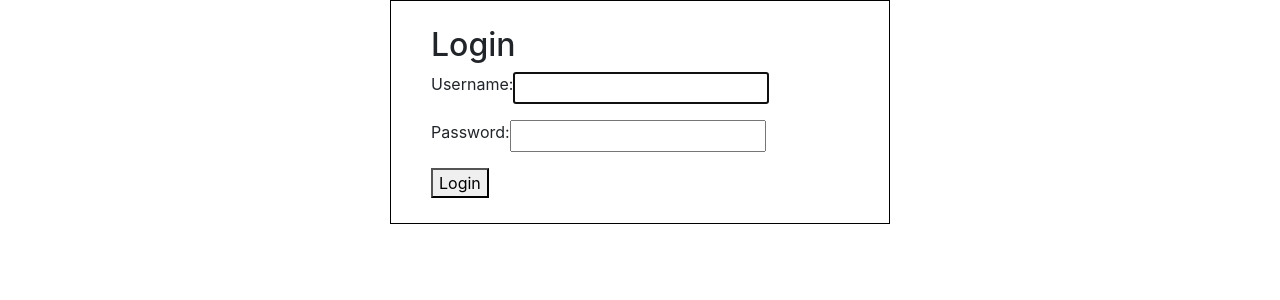
Repository: ewanlockwood/ewanlockwood
Page: http://localhost/accounts/login/
The author's editor kept a record of every edit. The page is drawn from the files as they stood at one moment, then again after the next edit.
The browser window is 1280 px wide. The pictures show the whole page.
Some web fonts or font styles are not loaded; a fallback is used. The page is served by the project's application, run on Django 2.2 (manage.py). Other server files are loaded and not shown.

Above is the page before.

### templates/registration/login.html
<!DOCTYPE html>
<html lang="en">

<head>
  <meta charset="UTF-8">
  <meta name="viewport" content="width=device-width, initial-scale=1.0">
  <meta http-equiv="X-UA-Compatible" content="ie=edge">
  <title>Document</title>
  {% load static %}

  <link rel="stylesheet" href="{% static 'css/main.css' %}" type='text/css' />
  <link rel="stylesheet" href="https://stackpath.bootstrapcdn.com/bootstrap/4.3.1/css/bootstrap.min.css" integrity="sha384-ggOyR0iXCbMQv3Xipma34MD+dH/1fQ784/j6cY/iJTQUOhcWr7x9JvoRxT2MZw1T" crossorigin="anonymous">
</head>

<body>
  <!-- Login Row Start -->
  <div class="container-fluid" id='login-container'>
    <div class="row" id='login-row'>
      <div class="col-12">
      {% if 'login' %}
      <h2>Login</h2>
      <form method="post">
        {% csrf_token %} {{ form.as_p }}
        <button type="submit">Login</button>
      </form>
      {% else %} {% endif %}
    </div>
    </div>
  </div>


</body>
</html>

### mysite/urls.py
"""mysite URL Configuration

The `urlpatterns` list routes URLs to views. For more information please see:
    https://docs.djangoproject.com/en/2.2/topics/http/urls/
Examples:
Function views
    1. Add an import:  from my_app import views
    2. Add a URL to urlpatterns:  path('', views.home, name='home')
Class-based views
    1. Add an import:  from other_app.views import Home
    2. Add a URL to urlpatterns:  path('', Home.as_view(), name='home')
Including another URLconf
    1. Import the include() function: from django.urls import include, path
    2. Add a URL to urlpatterns:  path('blog/', include('blog.urls'))
"""
from django.contrib import admin
from django.urls import path, include

from store import views as v

urlpatterns = [
    path('', v.index),
    path('base', v.base),
    path('admin/', admin.site.urls),
    path('accounts/', include('django.contrib.auth.urls'))
]

### store/static/css/main.css
@import url("https://fonts.googleapis.com/css?family=Josefin+Sans:100,100i,300,300i,400,400i,600,600i,700,700i&display=swap");
@import url('https://fonts.googleapis.com/css?family=EB+Garamond&display=swap');
@import url('https://fonts.googleapis.com/css?family=Grenze&display=swap');

html {
    scroll-behavior: smooth;
}
body {
    font-family: 'Josefin Sans', sans-serif;
    overflow-x: hidden;
}

/* NAVIGATION BAR START */

#navigation-bar {
    padding: 0 15px;
    transition: margin-left 0.7s;
    overflow: hidden;
    width: 100%;
}
#navigation-bar #nav-icon a {
    font-size: 30px;
    color: #fff;
    position: fixed;
    top: 5px;
}
#navigation-bar #menu #auth-menu {
    height: 100px;
    padding: 0 100px;
}
#navigation-bar #menu #auth-menu {
    font-size: 21px;
    position: absolute;
    top: 20px;
    text-align: center;
    width: 100%;
    padding: 0;
    left: 20px;
}
#navigation-bar #menu #auth-menu p a {
    font-size: 21px;
}
#navigation-bar #menu {
    height: 100vh;
    width: 0px;
    position: fixed;
    z-index: 1;
    top: 0;
    left: 0;
    background-color: #fff;
    overflow-x: hidden;
    padding: 60px 0 0 0;
    transition: 0.7s;
}
#navigation-bar #menu .close {
    position: absolute;
    top: 8px;
    right: 22px;
    margin-left: 50px;
    font-size: 30;
    color: #000;
}
#navigation-bar #menu .row {
    padding: 200px 0px;
}
#navigation-bar #menu .row a, #navigation-bar #menu .row button {
    height: 74px;
    text-align: center;
    font-size: 45px;
    color: black;
    text-transform: uppercase;
}

/* NAVIGATION BAR END */

/* PAGE ONE START */

#page-one-container {
    background: url("../images/orange_sky.jpeg") no-repeat center;
    height: 100vh;
    width: 100vw;
}
#page-one-container #self-statement {
    color: white;
    position: absolute;
    bottom: 0;
    font-family: 'Josefin Sans', serif;
    font-size: 35px;
    width: 45vw;
    letter-spacing: 2px;
    text-transform: uppercase;
    line-height: 65px;
}
#page-one-container #self-statement p span {
    font-family: 'Grenze', serif;
    font-size: 40px;
    padding: 2.5px 5px;
    background-color: white;
    color: black;
}
#page-one-container #self-statement #line {
    background-color: white;
    height: 5px;
    width: 150px;
    margin-bottom: 20px;
}

/* PAGE ONE END */


/* PAGE TWO START */

#page-two-container {
    height: 100vh;
}
.template-card {
    height: 250px;
    display: block;
    margin: 10px auto;
    width: 350px;
}
.template-card img {
    height: 100%;
}
.template-card .card-text {
    position: absolute;
    top: 10px;
    background-color: rgba(235, 235, 235, 0.9);
    height: 100%;
    width: 175px;
    padding: 5px;
}

/* PAGE TWO END */

/* PAGE THREE START */

#page-three-container {
    height: 100vh;
    width: 100vw;
    background-color: #E57248;
}

/* PAGE THREE START */


#login-container .row  {
    margin: auto;
    width: 500px;
    border: solid 1px black;
    padding: 25px;
}

#login-container .row p {
    display: flex ;
}

After the next edit:
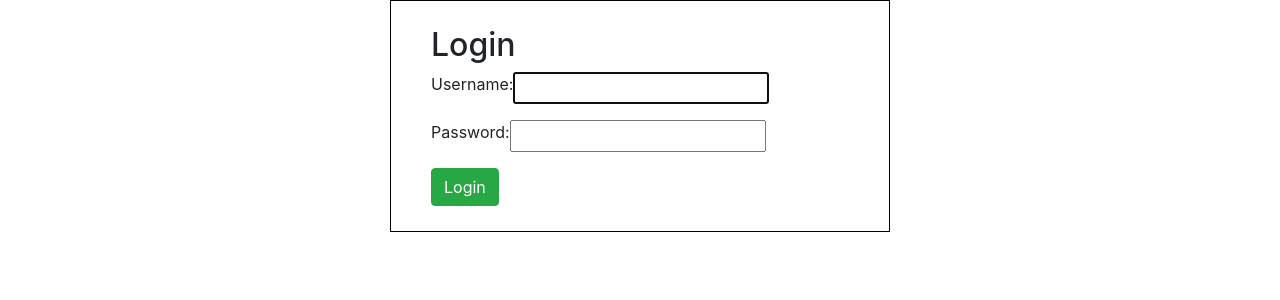
The edit:
--- a/templates/registration/login.html
+++ b/templates/registration/login.html
@@ -21,7 +21,7 @@
       <h2>Login</h2>
       <form method="post">
         {% csrf_token %} {{ form.as_p }}
-        <button type="submit">Login</button>
+        <button type="submit" class='btn btn-success'>Login</button>
       </form>
       {% else %} {% endif %}
     </div>
